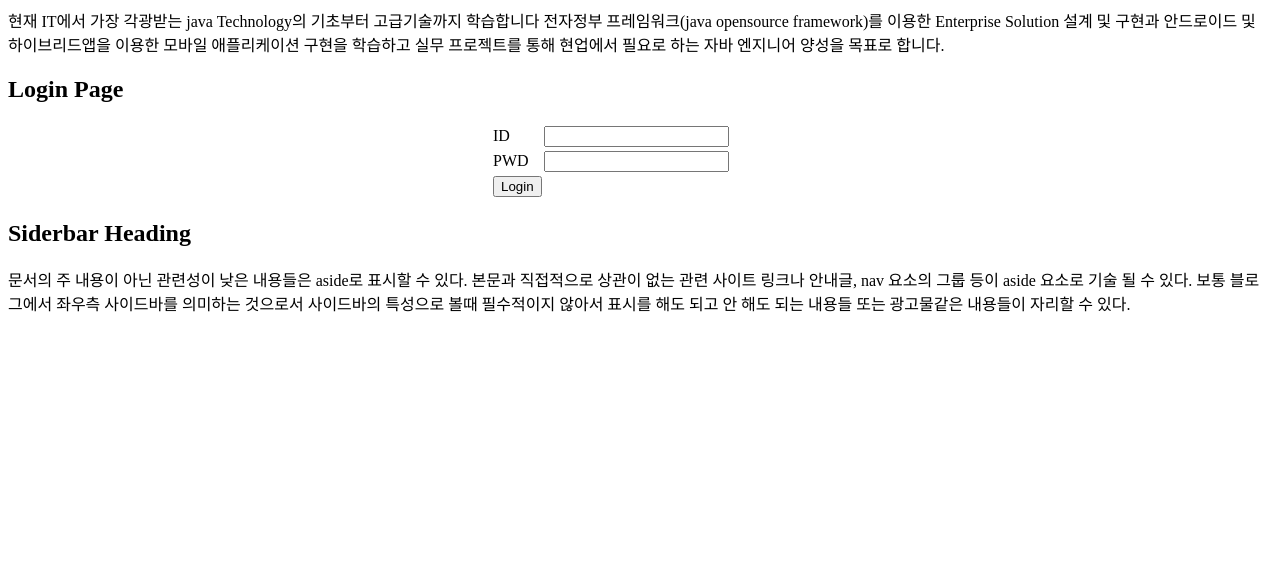
Repository: dev-sean/kosta
Page: http://localhost/jsp_1104/ex1_body.jsp
An editor plug-in stored every save of this project. The page is shown before and after the next save, followed by the edit.
The browser window is 1280 px wide. The pictures show the whole page.
Some web libraries are served in a nearby version. The page is served by Tomcat 9.

Above is the page before, as saved 2014-11-04 02:19:26.

After the next save:
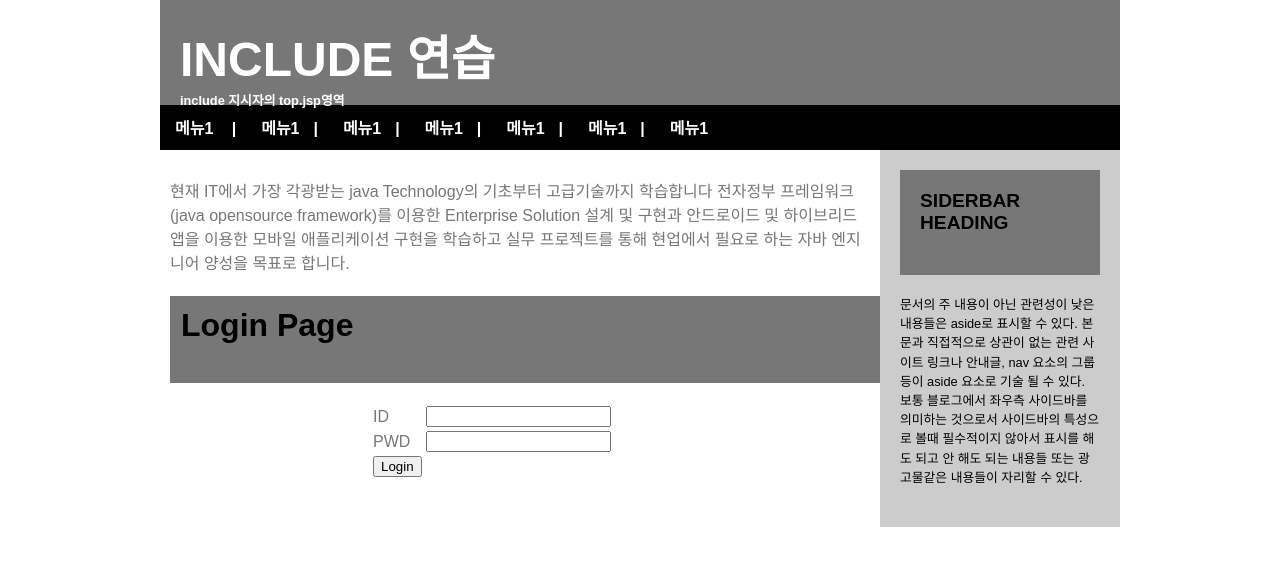
Saved 27 s later.
--- a/jsp/jsp_1104/WebContent/ex1_body.jsp
+++ b/jsp/jsp_1104/WebContent/ex1_body.jsp
@@ -1,5 +1,6 @@
 <%@ page language="java" contentType="text/html; charset=EUC-KR"
 	pageEncoding="EUC-KR"%>
+	<%@include file="ex1_top.jsp" %>
 <article>
 	<p>현재 IT에서 가장 각광받는 java Technology의 기초부터 고급기술까지 학습합니다 전자정부
 		프레임워크(java opensource framework)를 이용한 Enterprise Solution 설계 및 구현과
